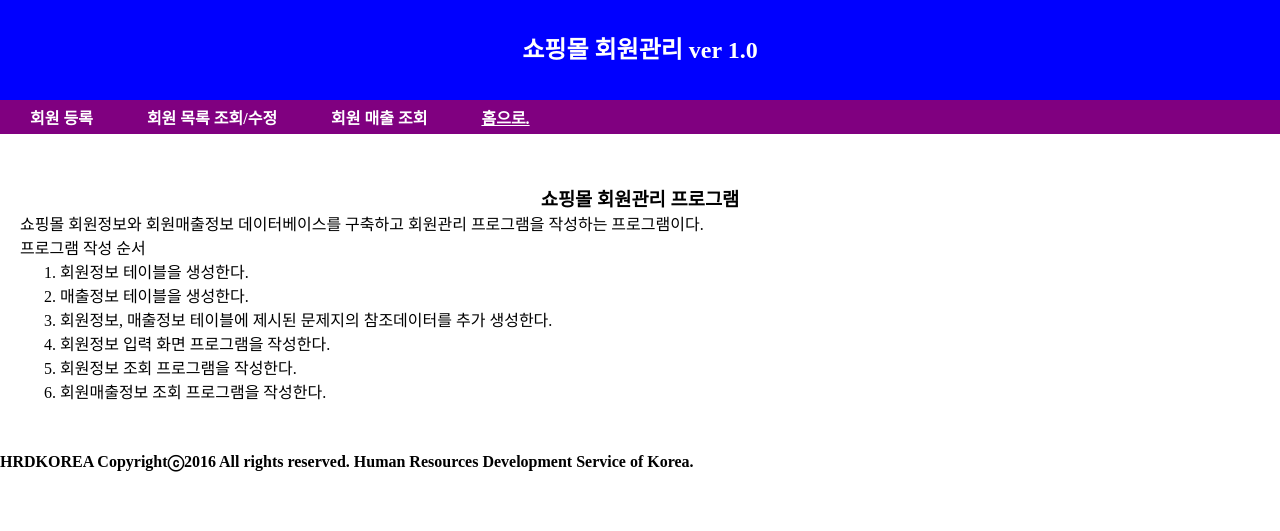
Repository: brightjy/Today-what-I-practiced
Page: http://localhost/HRD_900108/main/main.jsp
An editor plug-in stored every save of this project. The page is shown before and after the next save, followed by the edit.
The browser window is 1280 px wide. The pictures show the whole page.
The page is served by Tomcat 9.

Above is the page before, as saved 2020-05-09 11:42:15.

### hrdkorea_0509/HRD_900108/WebContent/main/main.jsp
<%@ page language="java" contentType="text/html; charset=UTF-8"
    pageEncoding="UTF-8"%>
<!DOCTYPE html>
<html>
<head>
<meta charset="UTF-8">
<title>Insert title here</title>
<style>
	*{
		margin:0 auto;
	}
	header{
		height:100px;
	}
	header {
		background-color:blue;
	}
	header h2{
		text-align:center;
		line-height:100px;
		color:white;
	}
	nav{
		background-color:purple;
		padding:5px 0 5px 30px;
	}
	nav a{
		color: white;
		font-weight:bold;
		padding-right:50px;
	}
	section{
		padding: 50px 20px;
	}
	section h3{
		text-align:center;
		maring-bottom:20px;
	}
</style>
</head>
<body>
	<jsp:include page="../main/header.jsp"/>
	<section>
		<h3>쇼핑몰 회원관리 프로그램</h3>
		<p>쇼핑몰 회원정보와 회원매출정보 데이터베이스를 구축하고 회원관리 프로그램을 작성하는 프로그램이다.</p>
		<p>프로그램 작성 순서</p>
		<ol>
			<li>회원정보 테이블을 생성한다.</li>
			<li>매출정보 테이블을 생성한다.</li>
			<li>회원정보, 매출정보 테이블에 제시된 문제지의 참조데이터를 추가 생성한다.</li>
			<li>회원정보 입력 화면 프로그램을 작성한다.</li>
			<li>회원정보 조회 프로그램을 작성한다.</li>
			<li>회원매출정보 조회 프로그램을 작성한다.</li>
		</ol>
	</section>
	<jsp:include page="../main/footer.jsp"/>
</body>
</html>

### hrdkorea_0509/HRD_900108/WebContent/main/header.jsp
<%@ page language="java" contentType="text/html; charset=UTF-8"
    pageEncoding="UTF-8"%>
<!DOCTYPE html>
<html>
<head>
<meta charset="UTF-8">
<title>Insert title here</title>

</head>
<body>
	<header>
		<h2>쇼핑몰 회원관리 ver 1.0</h2>
	</header>
	<nav>
		<a>회원 등록</a>
		<a>회원 목록 조회/수정</a>
		<a>회원 매출 조회</a>
		<a href="main.do">홈으로.</a>
	</nav>
</body>
</html>

### hrdkorea_0509/HRD_900108/WebContent/main/footer.jsp
<%@ page language="java" contentType="text/html; charset=UTF-8"
    pageEncoding="UTF-8"%>
<!DOCTYPE html>
<html>
<head>
<meta charset="UTF-8">
<title>Insert title here</title>
</head>
<body>
	<footer>
		<h4>HRDKOREA Copyrightⓒ2016 All rights reserved. Human Resources Development Service of Korea.</h4>
	</footer>
</body>
</html>

After the next save:
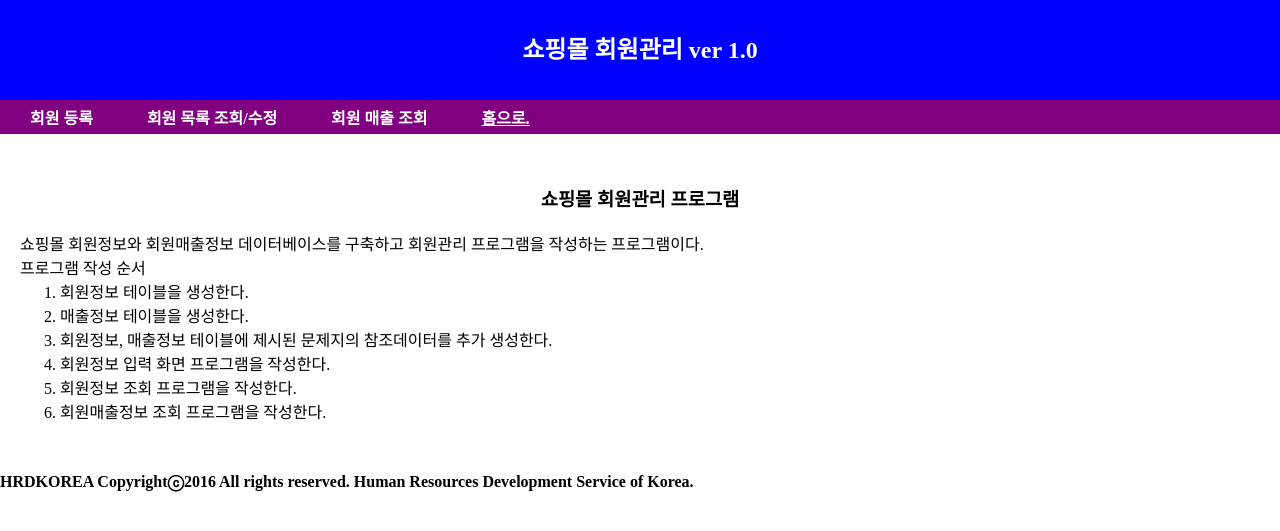
Saved 9 s later.
--- a/hrdkorea_0509/HRD_900108/WebContent/main/main.jsp
+++ b/hrdkorea_0509/HRD_900108/WebContent/main/main.jsp
@@ -34,7 +34,7 @@
 	}
 	section h3{
 		text-align:center;
-		maring-bottom:20px;
+		margin-bottom:20px;
 	}
 </style>
 </head>
